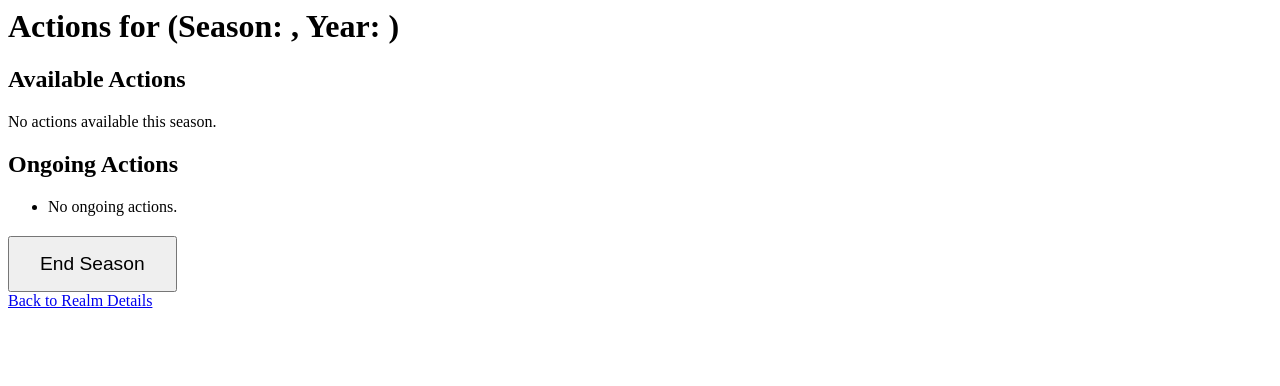
Repository: beowulf-gr/Empire-manager
Page: empire_manager/realms/templates/realms/player_actions.html
An editor plug-in stored every save of this project. The page is shown before and after the next save, followed by the edit.
The browser window is 1280 px wide. The pictures show the whole page.
The template is drawn by Django 5.2. The application's start-up code is not run. The template is opened directly, without the code that normally fills it, so the values that code supplies are empty.

Above is the page before, as saved 2025-05-20 17:59:34.
Console error (its wording comes from the project's code and is left out).

After the next save:
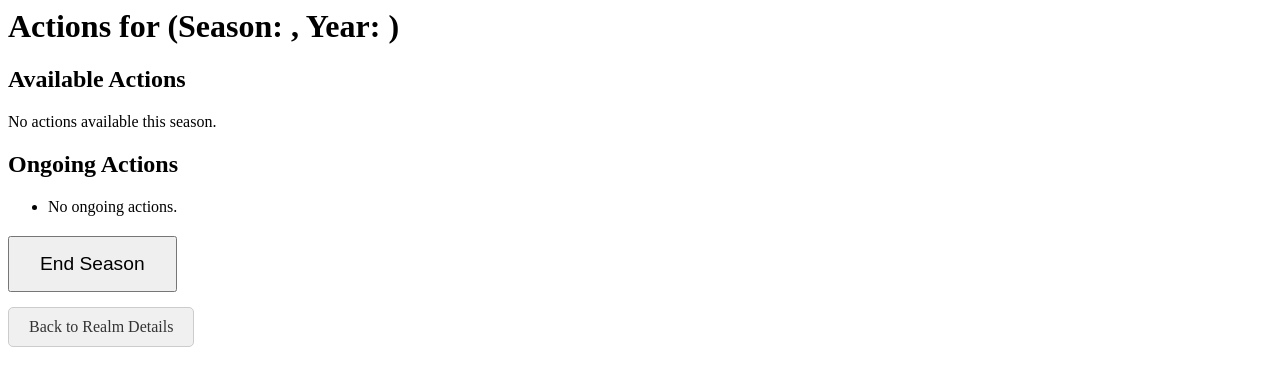
Saved 24 s later.
--- a/empire_manager/realms/templates/realms/player_actions.html
+++ b/empire_manager/realms/templates/realms/player_actions.html
@@ -31,7 +31,7 @@
 
 <button id="end-season-btn" class="large-button">End Season</button>
 
-<a href="{% url 'realm_detail' name=realm.name %}" class="back-button">Back to Realm Details</a>
+<a href="{% url 'realm_detail' name=realm.name %}" class="back-to-realm-button">Back to Realm Details</a>
 
 <div id="unified-action-modal" class="modal" style="display: none;">
     <div class="modal-content">
